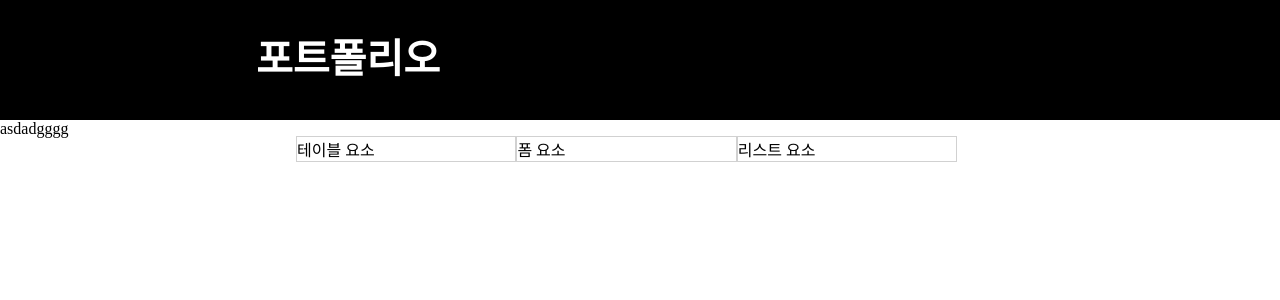
Repository: ItChoi/CSS-Study
Page: Css/WebContent/html/boostcourse/project-A1/portfolio.html
The author's editor kept a copy of each file at every save. The page is drawn from the files as they stood at one save, then again after the next save.
The browser window is 1280 px wide. The pictures show the whole page.

Above is the page before, as saved 2019-06-18 09:22:15.

After the next save:
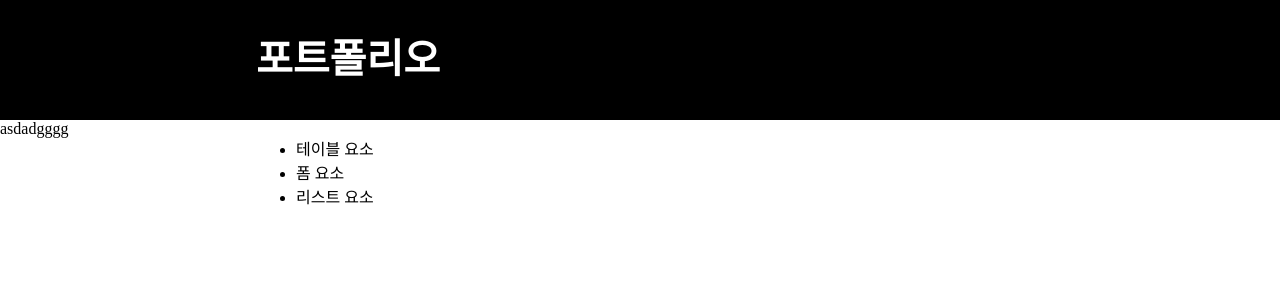
Saved 110 s later.
--- a/Css/WebContent/css/boostcourse/project-A1/portfolio.css
+++ b/Css/WebContent/css/boostcourse/project-A1/portfolio.css
@@ -32,7 +32,9 @@ html, body, .wrap {
 	line-height: 120px;
 }
 
-ul {
+
+
+/* ul {
 	list-style: none;
 }
 
@@ -45,4 +47,4 @@ ul {
 .button_elements:HOVER {
 	background-color: #454545;
 	font-weight: bold;
-}
+} */
